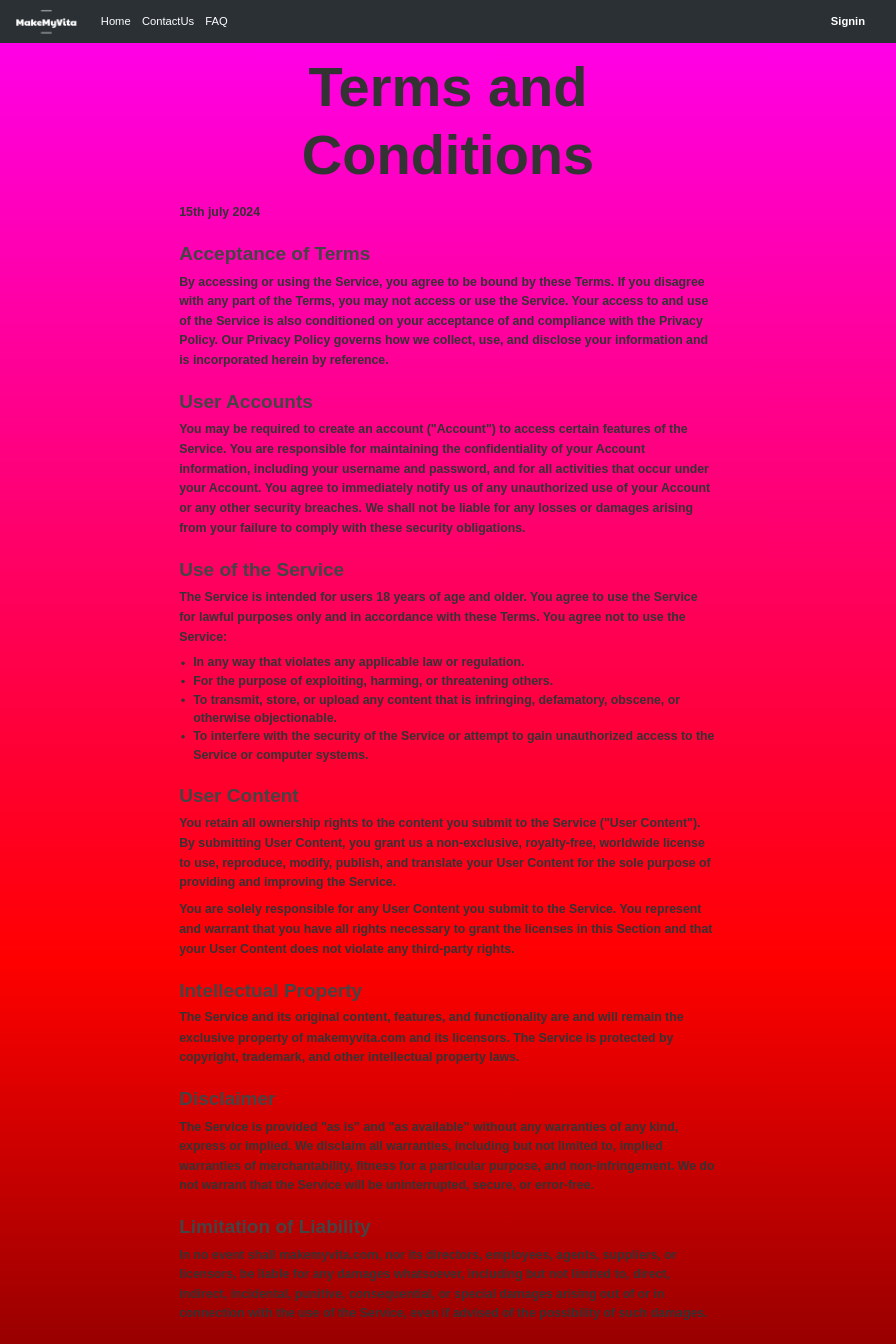
Repository: Tejaakshaykumar/MakeMyVita-Resume-Builder-Website
Page: /T&C (app in frontend/)
These files come from the project's save history. The page is drawn as it stood at one moment and after the next save; the edit follows.
The browser window is 1280 px wide. The pictures show the part of the page from y = 0 to 1920 px (the page is 2936 px tall), at 70% of full size.
Some web libraries are served in a nearby version. The project was rebuilt for these pictures with package versions that can differ from the ones it lists, and the page was loaded fresh each time. Also part of the build but not shown: frontend/src/App.css, frontend/src/containers/About.js, frontend/src/containers/Buildresume.js, frontend/src/containers/Images.js, frontend/src/containers/Features.js, frontend/src/containers/Review.js, frontend/src/containers/Trybox.js, frontend/src/containers/Motionbox.js and 5 more.

Above is the page before, as saved 2024-06-10 11:46:09.

After the next save:
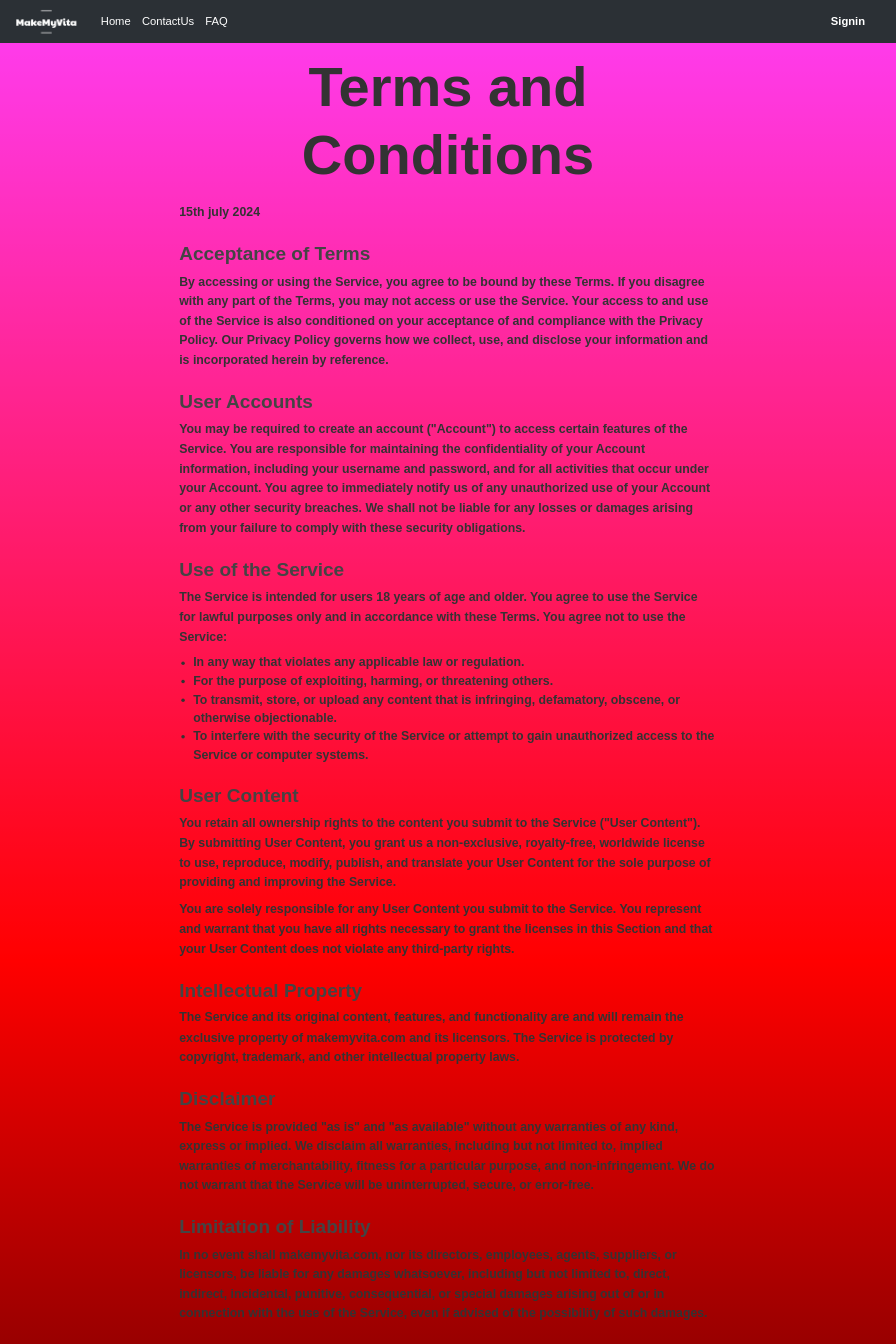
Saved 4 s later.
--- a/frontend/src/pages/pagestyles.css
+++ b/frontend/src/pages/pagestyles.css
@@ -5,7 +5,7 @@
     /* margin: 0 auto; */
     padding: 6% 20%;
     font-family: Arial, sans-serif;
-    background: linear-gradient(to top,rgb(0, 0, 0),rgb(255, 0, 0),rgb(255, 0, 242));
+    background: linear-gradient(to top,rgb(0, 0, 0),rgb(255, 0, 0),rgba(255, 0, 242, 0.76));
     color: #333;
     /* margin-top: 7%; */
     margin-bottom: -2%;
